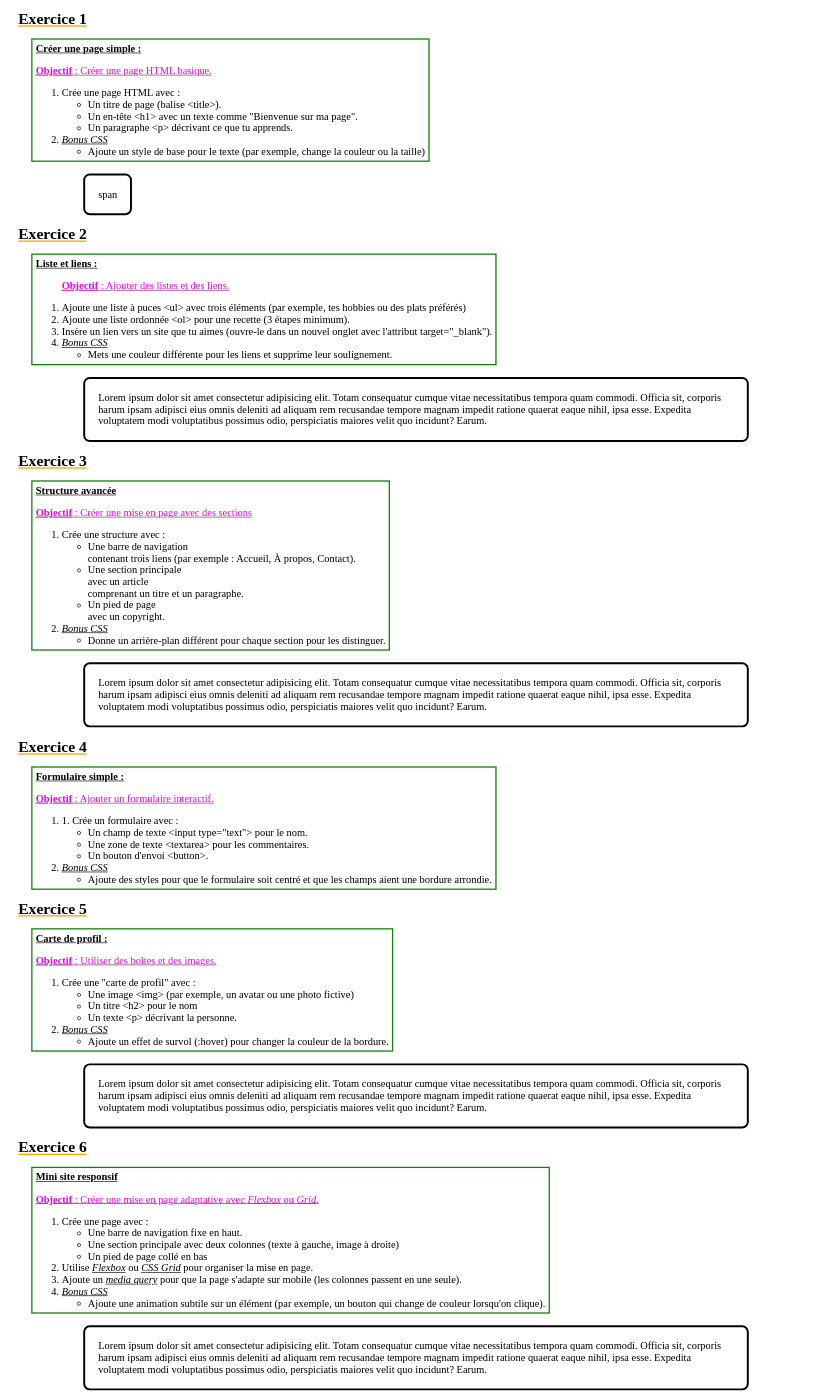
Repository: AnnaSpirit/Mimo_App
Page: Exercices_HTML&CSS.html
These files come from the project's save history. The page is drawn as it stood at one moment and after a run of saves; the edit follows.
The browser window is 1280 px wide. The pictures show the whole page, at 65% of full size.

Above is the page before, as saved 2024-12-08 12:16:28.

After the next 4 saves:
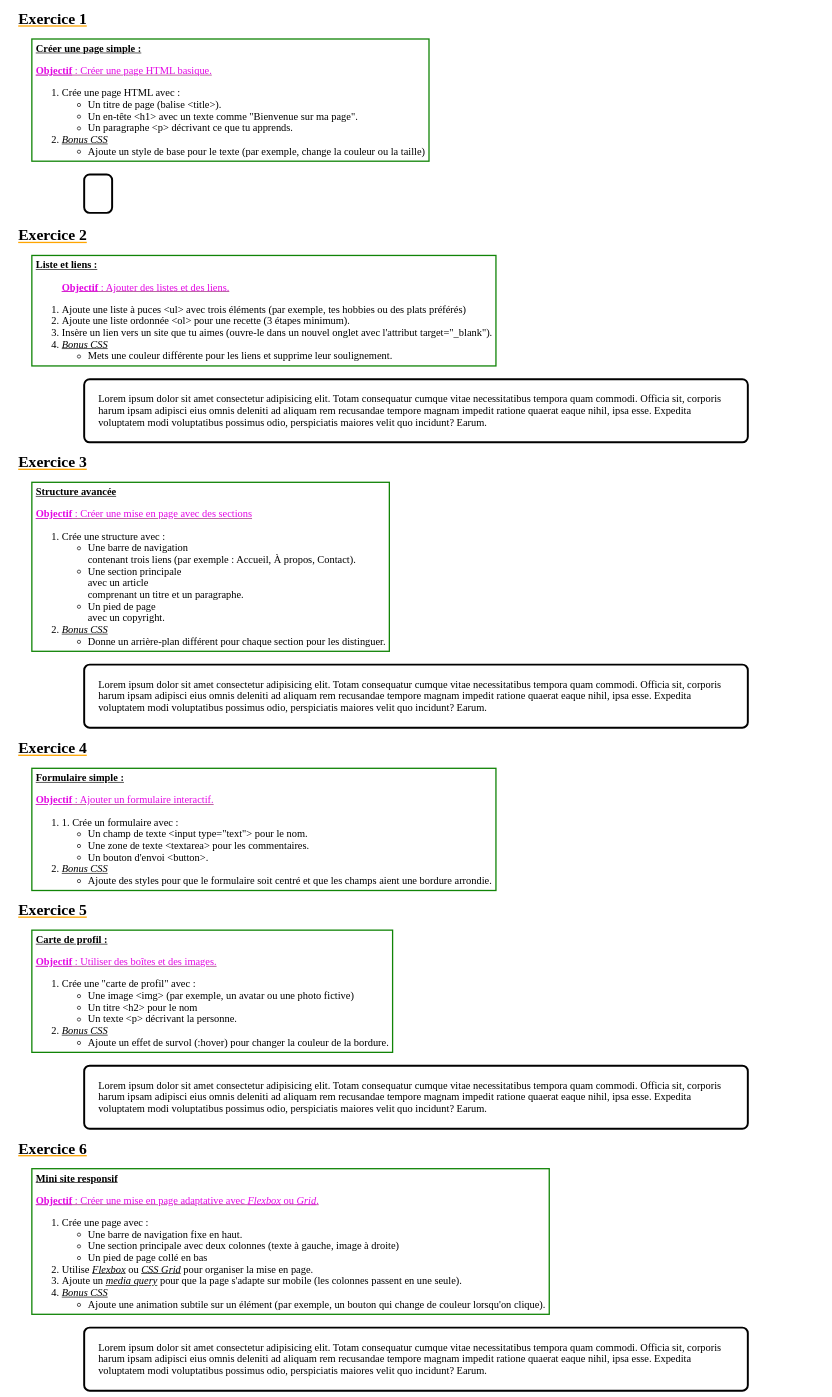
The 4 saves are shown as one change because they came seconds apart.
The last was saved 8 s later.
--- a/Exercices_HTML&CSS.html
+++ b/Exercices_HTML&CSS.html
@@ -30,7 +30,11 @@
     <br>
     <span class="Resultat">
         <div>
-            span
+            <span>
+                <p>
+
+                </p>
+            </span>
         </div>
     </span>
 
